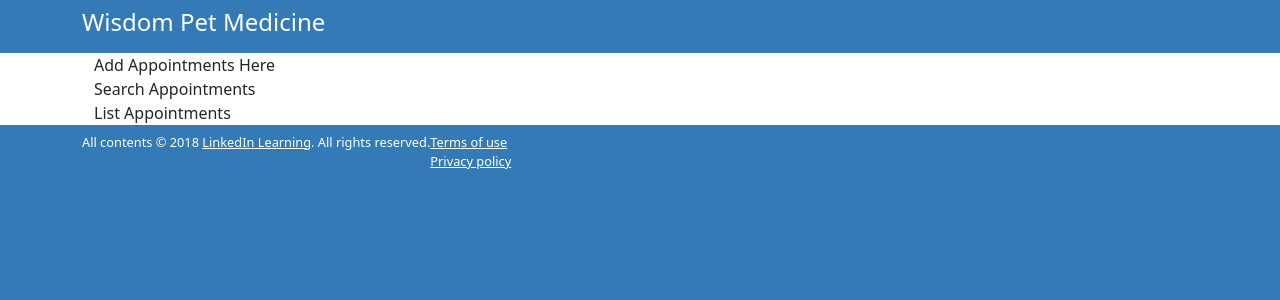
Repository: DevLuDaley/reactinterface
Page: /
The author's editor kept a copy of each file at every save. The page is drawn from the files as they stood at one save, then again after a run of saves.
The browser window is 1280 px wide. The pictures show the whole page.
The project was rebuilt for these pictures with package versions that can differ from the ones it lists, and the page was loaded fresh each time. Also part of the build but not shown: src/css/App.css.

Above is the page before, as saved 2021-02-04 16:13:54.

### public/index.html
<!DOCTYPE html>
<html lang="en">
  <head>
    <meta charset="utf-8" />
    <link rel="icon" href="%PUBLIC_URL%/favicon.ico" />
    <meta name="viewport" content="width=device-width, initial-scale=1" />
    <meta name="theme-color" content="#000000" />
    <meta
      name="description"
      content="Web site created using create-react-app"
    />
    <link rel="apple-touch-icon" href="%PUBLIC_URL%/logo192.png" />
    <!--
      manifest.json provides metadata used when your web app is installed on a
      user's mobile device or desktop. See https://developers.google.com/web/fundamentals/web-app-manifest/
    -->
    <link rel="manifest" href="%PUBLIC_URL%/manifest.json" />
    <!--
      Notice the use of %PUBLIC_URL% in the tags above.
      It will be replaced with the URL of the `public` folder during the build.
      Only files inside the `public` folder can be referenced from the HTML.

      Unlike "/favicon.ico" or "favicon.ico", "%PUBLIC_URL%/favicon.ico" will
      work correctly both with client-side routing and a non-root public URL.
      Learn how to configure a non-root public URL by running `npm run build`.
    -->
    <title>React App</title>
  </head>
  <body>
    <noscript>You need to enable JavaScript to run this app.</noscript>
    <header class="container text-white">
      <h4 class="py-2">Wisdom Pet Medicine</h4>
    </header>

    <div id="root"></div>

    <footer class="container d-flex text-white py-2">
      <p>
        All contents &copy; 2018
        <a href="https://www.linkedin.com/learning">LinkedIn Learning</a>. All
        rights reserved.
      </p>
      <div class="ml-auto">
        <a class="d-block text-white" href="#">Terms of use</a>
        <a class="d-block text-white" href="#">Privacy policy</a>
      </div>
      <!-- col-md-6 -->
    </footer>
    <!-- footer -->
  </body>
</html>

### src/index.js
import React from 'react';
import ReactDOM from 'react-dom';
import 'bootstrap/dist/css/bootstrap.css'
import './css/index.css';
import App from './components/App';
import reportWebVitals from './reportWebVitals';
// import * as serviceWorker from './serviceWorker';
import 'jquery/dist/jquery'
import 'popper.js/dist/umd/popper'
import 'bootstrap/dist/js/bootstrap'

ReactDOM.render(
  <React.StrictMode>
    <App />
  </React.StrictMode>,
  document.getElementById('root')
);

// If you want to start measuring performance in your app, pass a function
// to log results (for example: reportWebVitals(console.log))
// or send to an analytics endpoint. Learn more: https://bit.ly/CRA-vitals
// serviceWorker.unregister()
reportWebVitals();

### src/components/App.js
import '../css/App.css';
import AddAppointments from './AddAppointments';
import SearchAppointments from './SearchAppointments';
import ListAppointments from './ListAppointments';

function App() {
  return (
    // <div className="App">
            <main className="page bg-white" id="petratings">
        <div className="container">
          <div className="row">
            <div className="col-md-12 bg-white">
              <div className="container">
                <div><AddAppointments /> </div>
                <div>Search Appointments</div>
                <div>List Appointments</div>
              </div>
            </div>
          </div>
        </div>
      </main>
    // </div>
  );
}

export default App;

### src/components/AddAppointments.js
import React, { Component } from 'react'

class AddAppointments extends Component {
    constructor(props) {
        super(props);
        this.state = {  }
    }
    render() {
        return (
            <div>
                Add Appointments Here
            </div>
         );
    }
}

export default AddAppointments;

### src/components/SearchAppointments.js
import React, { Component } from 'react'
class SearchAppointments extends Component {
    constructor(props) {
        super(props);
        this.state = {  }
    }
    render() {
        return (
        <div>
            <h1>  Search Appointments Here  </h1>
        </div>
        );
    }
}

export default SearchAppointments;

### src/components/ListAppointments.js
import React, { Component } from 'react'

class ListAppointments extends Component {
    constructor(props) {
        super(props);
        this.state = {  }
    }
    render() {
        return (
        <div>
            <h1>List Appointments Here</h1>
        </div>
        );
    }
}

export default ListAppointments;

Loaded but not shown: src/css/index.css (common file); src/reportWebVitals.js (common file)

After the next 2 saves:
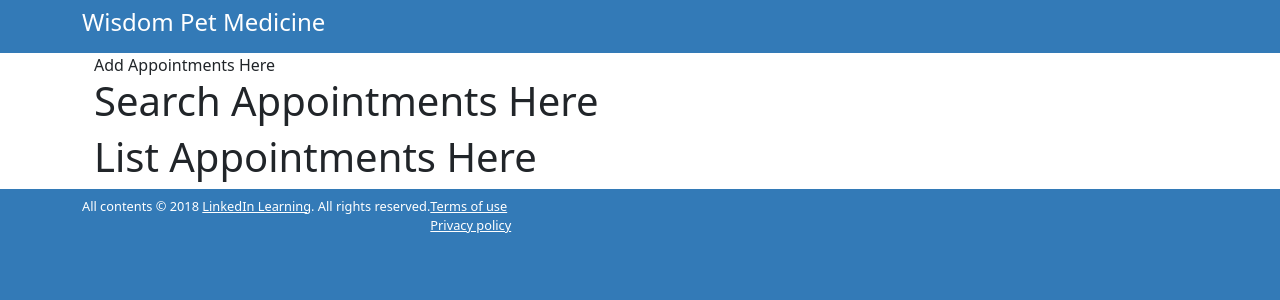
The 2 saves are shown as one change because 1 did not build or start.
The last was saved 65 s later.
--- a/src/components/App.js
+++ b/src/components/App.js
@@ -11,9 +11,9 @@ function App() {
           <div className="row">
             <div className="col-md-12 bg-white">
               <div className="container">
-                <div><AddAppointments /> </div>
-                <div>Search Appointments</div>
-                <div>List Appointments</div>
+                <div> <AddAppointments /> </div>
+                <div> <SearchAppointments /> </div>
+                <div> <ListAppointments /> </div>
               </div>
             </div>
           </div>
